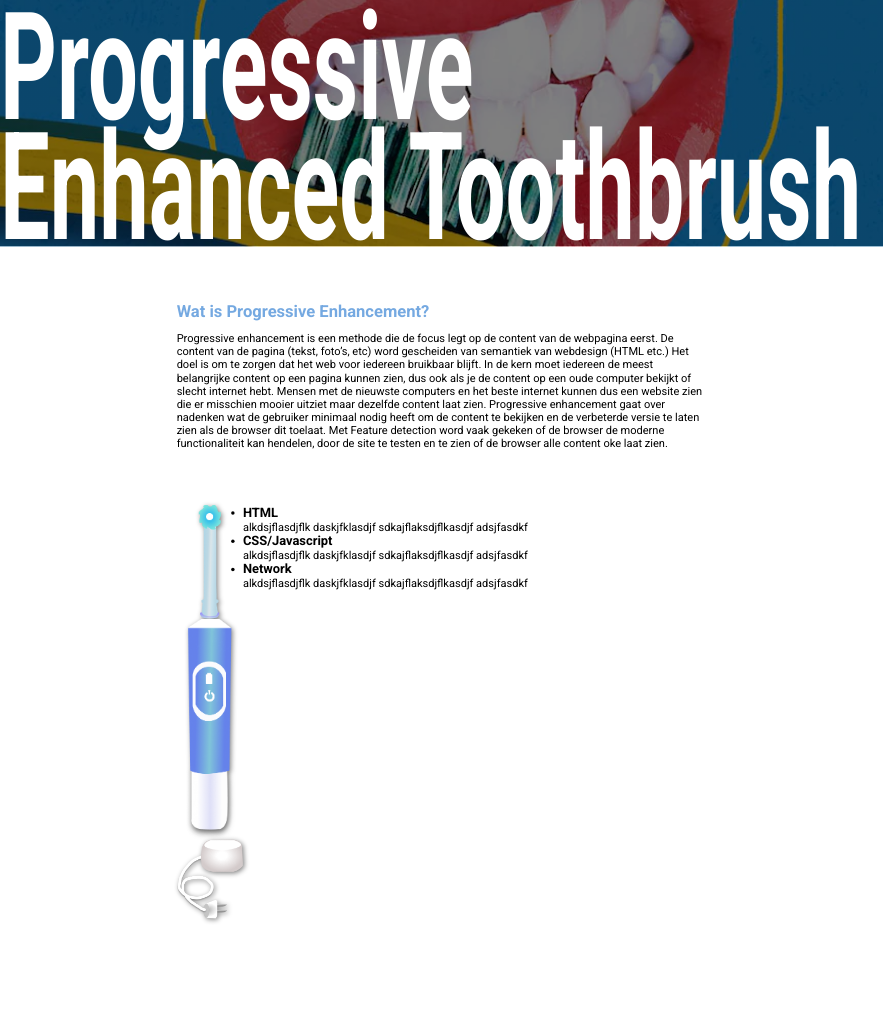
Repository: norakramer1/browser-technologies-2122
Page: progressive-enhanced-toothbrush-main/index.html
These files come from the project's save history. The page is drawn as it stood at one moment and after the next save; the edit follows.
The browser window is 1280 px wide. The pictures show the whole page, at 69% of full size.

Above is the page before, as saved 2022-03-23 13:14:07.

After the next save:
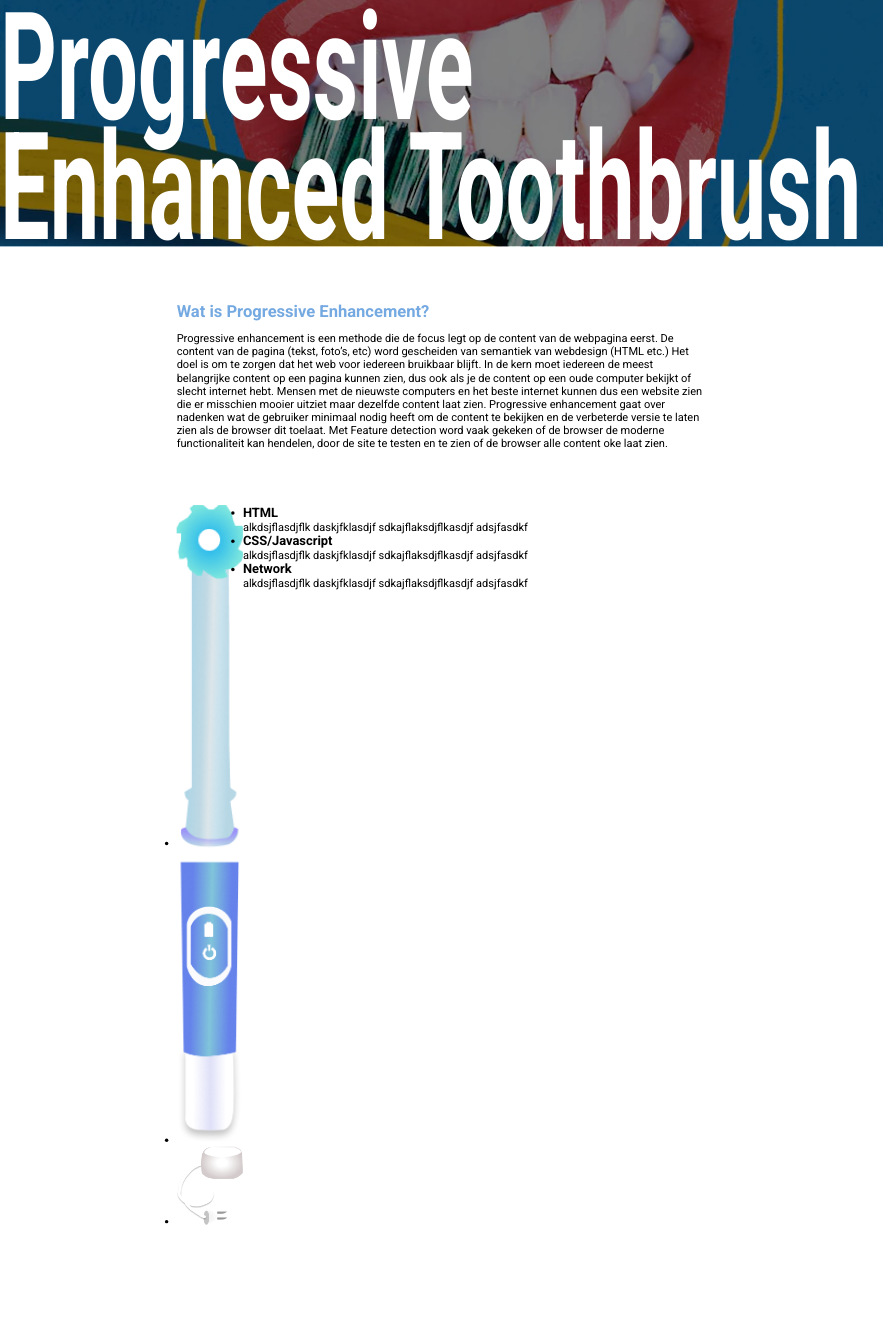
Saved 65 s later.
--- a/progressive-enhanced-toothbrush-main/index.html
+++ b/progressive-enhanced-toothbrush-main/index.html
@@ -25,27 +25,25 @@
                Met Feature detection word vaak gekeken of de browser de moderne functionaliteit kan hendelen, door de site te testen en te zien of de browser alle content oke laat zien.</p>
         </article>
         <article>
-            <section>
-                <img src="img/opzetstukje.png" alt="Opzet stukje van tandenborstel">
-                <img src="img/handvat.png" alt="Handvat van tandenborstel">
-                <img src="img/lader.png" alt="Lader van tandenborstel">
-            </section>
-            <section>
-                <ul>
-                    <li>
-                        <h3>HTML</h3>
-                        <p>alkdsjflasdjflk daskjfklasdjf sdkajflaksdjflkasdjf adsjfasdkf</p>
-                    </li>
-                    <li>
-                        <h3>CSS/Javascript</h3>
-                        <p>alkdsjflasdjflk daskjfklasdjf sdkajflaksdjflkasdjf adsjfasdkf</p>
-                    </li>
-                    <li>
-                        <h3>Network</h3>
-                        <p>alkdsjflasdjflk daskjfklasdjf sdkajflaksdjflkasdjf adsjfasdkf</p>
-                    </li>
-                </ul>
-            </section>
+            <ul>
+                <li><img src="img/opzetstukje.png" alt="Opzet stukje van tandenborstel"></li>
+                <li><img src="img/handvat.png" alt="Handvat van tandenborstel"></li>
+                <li><img src="img/lader.png" alt="Lader van tandenborstel"></li>
+            </ul>
+            <ul>
+                <li>
+                    <h3>HTML</h3>
+                    <p>alkdsjflasdjflk daskjfklasdjf sdkajflaksdjflkasdjf adsjfasdkf</p>
+                </li>
+                <li>
+                    <h3>CSS/Javascript</h3>
+                    <p>alkdsjflasdjflk daskjfklasdjf sdkajflaksdjflkasdjf adsjfasdkf</p>
+                </li>
+                <li>
+                    <h3>Network</h3>
+                    <p>alkdsjflasdjflk daskjfklasdjf sdkajflaksdjflkasdjf adsjfasdkf</p>
+                </li>
+            </ul>
         </article>
     </main>
 
